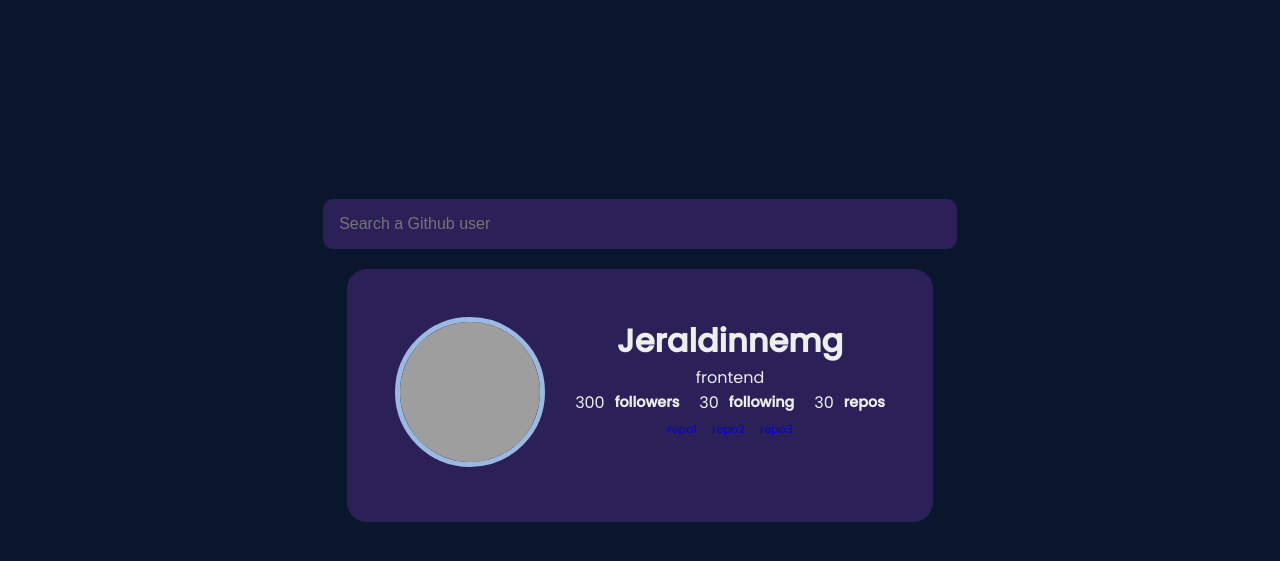
Repository: jeraldinnemg/githubprofile
Page: index.html
An editor plug-in stored every save of this project. The page is shown before and after the next save, followed by the edit.
The browser window is 1280 px wide. The pictures show the whole page.
Pictures or frames that could not be fetched are drawn as grey boxes.

Above is the page before, as saved 2022-09-16 23:53:13.

### index.html
<!DOCTYPE html>
<html lang="en">
<head>
    <meta charset="UTF-8">
    <meta http-equiv="X-UA-Compatible" content="IE=edge">
    <meta name="viewport" content="width=device-width, initial-scale=1.0">
    <link rel="stylesheet" href="style.css">
    <title>Github profiles</title>
</head>
<body>


    <div class="container">
        <form class="user-form">
            <input type="text" placeholder="Search a Github user">
        </form>
        <main class="card">

            <div class="profile-image">
                <img src="https://randomuser.me/api/portraits/men/30.jpg" alt="">
            </div>
            <div class="profile-content">
                <h1>Jeraldinnemg</h1>
                <p> frontend</p>
                    <ul>
                        <li>300 <strong>followers</strong></li>
                        <li>30 <strong>following</strong></li>
                        <li>30 <strong>repos</strong></li>
                    </ul>
                <div class="user-repos">
                    <a href="#" class="repo">repo1</a>
                    <a href="#" class="repo">repo2</a>
                    <a href="#" class="repo">repo3</a>
                </div>
            </div>


        </main>

    </div>


    <script src="script.js"></script>
</body>
</html>

### style.css
@import url('https://fonts.googleapis.com/css2?family=Poppins:wght@400;500&display=swap');

* {
    margin:0;
    padding:0;
    box-sizing: border-box;
}

body {
    font-family: 'Poppins', 'sans-serif';
    font-size:1rem;
    background-color: #0a162c;
    color: #fff;
    display: flex;
    flex-direction: column;
    justify-content: center;
    align-items: center;
    height: 100vh;
}

.container {

    display: flex;
    flex-direction: column;
    justify-content: center;
    align-items: center;
    text-align: center;

    gap:20px;
}
.user-form {
    width:100%;
    max-width: 700px;
}

.user-form input{
    width:100%;
    display: block;
    background-color: #2b2057;
    border: none;
    border-radius: 10px;
    padding: 1em;
    font-size: 1rem;
    color:#fff;
    box-shadow:  0 5px 10px rgba(154, 160, 185, 0.05),
    0 15px 40px rgba(0, 0, 0, 0.1px) ;
}
user-form input::placeholder{
    color: #bbb;
}
.user-form input:focus{
    outline: none;
}

input:focus{
    border: none;
}

ul {
    list-style: none;
}

.card {
    max-width: 800px;
    display: flex;
    flex-direction: row;
    justify-content: space-around;
    background-color: #2b2057;
    box-shadow:  0 5px 10px rgba(154, 160, 185, 0.05),
    0 15px 40px rgba(0, 0, 0, 0.1px) ;
    padding: 3em;
    margin: 0 1.5rem;
    border-radius: 20px;
    gap:30px;
}

img {
    border-radius: 50%;
    border: 5px solid #9abae2;
    height: 150px;
    width: 150px;;
}

.profile-content {
    color: #eee;
}

.profile-content ul{
    list-style-type: none;
    display: flex;
    justify-content: space-between;
    padding: 0;
    max-width: 400px;
    gap:20px;
}

.profile-content ul li {
    display: flex;
    align-items: center;
    gap:10px;
}

.profile-content ul li strong {
    font-size: 0.9rem;
    margin-left: 0.5;
}

.user-repos a{
    display: inline-block;
    text-decoration: none;
    font-size:0.7rem;
    padding: 0.25em 0.5em;
    margin-bottom: 0.5em;
}

Loaded but not shown: script.js (no copy from this time; the picture is the same without it)

After the next save:
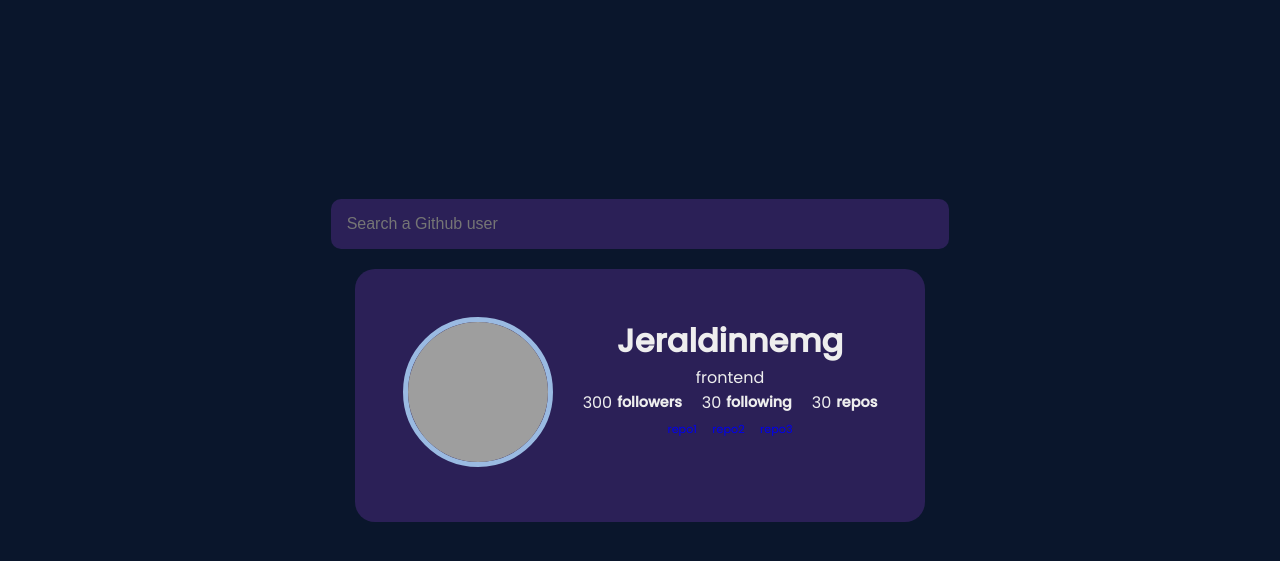
Saved 12 s later.
--- a/style.css
+++ b/style.css
@@ -97,7 +97,7 @@ img {
 .profile-content ul li {
     display: flex;
     align-items: center;
-    gap:10px;
+    gap:5px;
 }
 
 .profile-content ul li strong {
